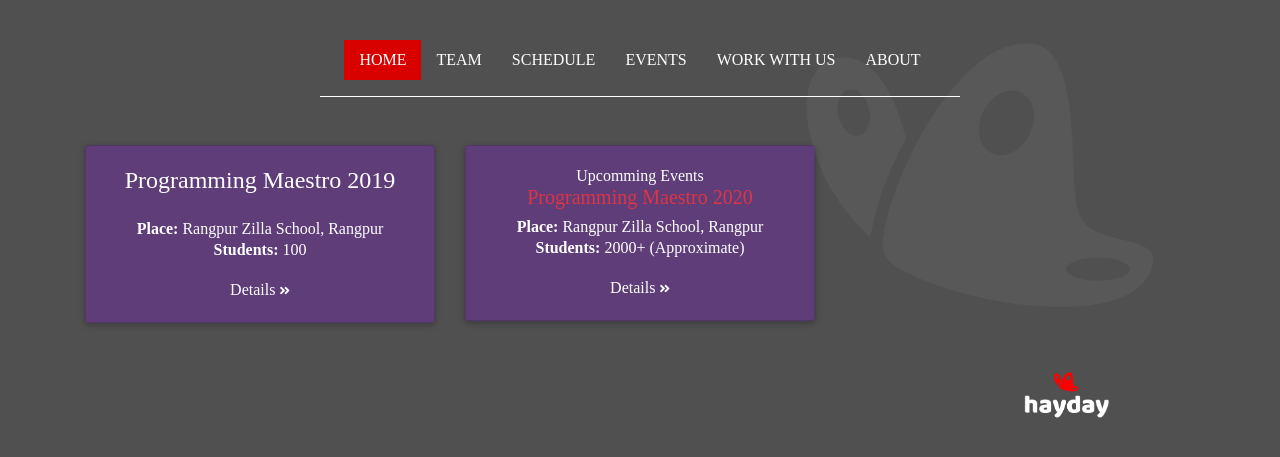
Repository: im1971/company-web
Page: event.html
The author's editor kept a copy of each file at every save. The page is drawn from the files as they stood at one save, then again after the next save.
The browser window is 1280 px wide. The pictures show the whole page.
Some web fonts or font styles are not loaded; a fallback is used.

Above is the page before, as saved 2020-02-08 10:45:03.

### event.html
<!DOCTYPE html>
<html>

<head>
    <meta charset="utf-8">
    <meta name="viewport" content="width=device-width, initial-scale=1">
    <title>hayday</title>
    <link rel="shortcut icon" type="img/x-icon" href="img/fav.png" />
    <link rel="stylesheet" href="css/mdb.min.css">
    <link rel="stylesheet" href="css/bootstrap.min.css">
    <link rel="stylesheet" href="css/fontawesome.min.css">
    <link rel="stylesheet" href="css/all.min.css">
    <link rel="stylesheet" href="css/style.css">
    <!-- fonts -->
    <link href="https://fonts.googleapis.com/css?family=Baloo+Bhai&display=swap" rel="stylesheet">
    <!-- fonts -->

</head>

<body>

    <div class="wrap_hayday">
        <div class="back_img"></div>
        <div class="container-fluid">
            <div class="row justify-content-center pb-5">
                <div class="col-md-12">
                    <nav class="navbar navbar-expand-lg">
                        <button class="navbar-toggler" type="button" data-toggle="collapse" data-target="#navbarSupportedContent" aria-controls="navbarSupportedContent" aria-expanded="false" aria-label="Toggle navigation">
                            <i class="fas fa-bars"></i>
                        </button>

                        <div class="collapse navbar-collapse" id="navbarSupportedContent">

                            <ul class="navbar-nav m-auto text-uppercase">
                                <li class="nav-item active">
                                    <a class="nav-link" href="index.html">Home</a>
                                </li>
                                <li class="nav-item">
                                    <a class="nav-link" href="team.html">Team</a>
                                </li>
                                <li class="nav-item">
                                    <a class="nav-link" href="schedule.html">SCHEDULE</a>
                                </li>
                                <li class="nav-item">
                                    <a class="nav-link" href="event.html">Events</a>
                                </li>
                                <li class="nav-item">
                                    <a class="nav-link" href="workWithUs.html">Work With us</a>
                                </li>
                                <li class="nav-item">
                                    <a class="nav-link" href="about.html">About</a>
                                </li>
                            </ul>
                        </div>
                    </nav>
                </div>
                <div class="col-md-6 border_deco pt-3"></div>
            </div>
            <div class="container">
                <div class="row justify-content-start">
                    <div class="col-md-4">
                        <div class="card wrap_event">
                            <div class="card-body">
                                <h4 class="mb-4">Programming Maestro 2019</h4>
                                <h6 class="mb-0"><b>Place:</b> Rangpur Zilla School, Rangpur</h6>
                                <p><b>Students:</b> 100</p>
                                <a class="text-white" href="2019.html">Details <i class="fas fa-angle-double-right"></i></a>
                                <div class="back_image"></div>
                            </div>
                        </div>
                    </div>
                    <div class="col-md-4">
                        <div class="card wrap_event">
                            <div class="card-body">
                                <h6 class="mb-0">Upcomming Events</h6>
                                <h5 class="mb-2 text-danger">Programming Maestro 2020</h5>
                                <h6 class="mb-0"><b>Place:</b> Rangpur Zilla School, Rangpur </h6>
                                <p><b>Students:</b> 2000+ (Approximate)</p>
                                <a class="text-white" href="schedule.html">Details <i class="fas fa-angle-double-right"></i></a>
                                <div class="back_image"></div>
                            </div>
                        </div>
                    </div>
                </div>
            </div>
            <div class="row justify-content-end my-5">
                <div class="col-md-4 m-autp">
                    <div class="middle_body">
                        <div class="logo">
                            <img src="img/logo.png" alt="" style="height: 50px">
                        </div>
                        <!-- <p>Read about our Inspiration</p> -->
                    </div>
                </div>
            </div>
        </div>
    </div>
    </div>



    <!-- <script src="https://code.jquery.com/jquery-3.4.1.slim.min.js" integrity="sha384-J6qa4849blE2+poT4WnyKhv5vZF5SrPo0iEjwBvKU7imGFAV0wwj1yYfoRSJoZ+n" crossorigin="anonymous"></script>
    <script src="https://cdn.jsdelivr.net/npm/popper.js@1.16.0/dist/umd/popper.min.js" integrity="sha384-Q6E9RHvbIyZFJoft+2mJbHaEWldlvI9IOYy5n3zV9zzTtmI3UksdQRVvoxMfooAo" crossorigin="anonymous"></script>
    <script src="https://stackpath.bootstrapcdn.com/bootstrap/4.4.1/js/bootstrap.min.js" integrity="sha384-wfSDF2E50Y2D1uUdj0O3uMBJnjuUD4Ih7YwaYd1iqfktj0Uod8GCExl3Og8ifwB6" crossorigin="anonymous"></script> -->

    <script type="text/javascript" src="js/jquery.min.js"></script>
    <!-- Bootstrap tooltips -->
    <script type="text/javascript" src="js/popper.min.js"></script>
    <!-- Bootstrap core JavaScript -->
    <script type="text/javascript" src="js/bootstrap.min.js"></script>
    <!-- MDB core JavaScript -->
    <script type="text/javascript" src="js/mdb.min.js"></script>


</body>

</html>

### css/style.css
body {
    padding: 0;
    margin: 0;
    /* background: #5407A1; */
    background: #505050;
    color: #fff !important;
    font-family: 'Baloo Bhai', cursive;
    position: relative;
}


/* global */

html {
    overflow: scroll;
    overflow-x: hidden;
}

::-webkit-scrollbar {
    width: 0px;
    background: transparent;
}


/* Optional: show position indicator in red */

::-webkit-scrollbar-thumb {
    background: #FF0000;
}

.active {
    background-color: #d90000;
    color: #fff;
}


/* global */

.back_img {
    background-image: url(../img/back.png);
    height: 350px;
    width: 600px;
    position: absolute;
    background-position: center center;
    background-size: cover;
    opacity: 5%;
    /* top: 30%; */
    right: 0;
}


/* header */

.wrap_hayday .nav-link::after {
    content: '';
    position: absolute;
    width: 100%;
    height: 1px;
    bottom: 0;
    left: 0;
    background-color: #E2061B;
    transform: scaleX(0);
    /* transform-origin: bottom right; */
    transition: transform 0.3s;
}

.wrap_hayday .nav-link:hover::after {
    /* transform-origin: bottom left; */
    transform: scaleX(1);
}

.wrap_hayday .navbar {
    box-shadow: none;
}

.wrap_hayday .navbar .collapse {
    position: relative;
}

.wrap_hayday .navbar .nav-icon {
    position: absolute;
    left: 0;
    top: 0;
    padding: 0;
}

.wrap_hayday .navbar .nav-icon img {
    height: 40px;
}

.wrap_hayday .container-fluid {
    min-height: 100vh;
}

.wrap_hayday nav .nav-link {
    padding-right: 15px !important;
    padding-left: 15px !important;
    color: #fff;
    font-family: 'Baloo Bhai', cursive;
}

.wrap_hayday .border_deco {
    border-bottom: .25px solid #fff;
}

.wrap_hayday nav .nav-link:hover {
    color: #FF0000;
    transition-duration: 0.5s;
}

.wrap_hayday .navbar {
    padding: 40px;
    padding-bottom: 0;
}


/* header */


/* middle body */

.wrap_hayday .middle_body_height {
    height: 50vh;
}

.wrap_hayday .middle_body {
    text-align: center;
}

.wrap_hayday .middle_body p {
    font-size: 22px;
}

.wrap_hayday .middle_body .logo img {
    height: 200px;
}

.wrap_hayday .others_page_middle {
    text-align: center;
    position: absolute;
    right: 30px;
    bottom: 0;
}

.wrap_hayday .others_page_middle img {
    height: 70px;
}


/* middle body */


/* footer-body */

.myprogress {
    min-width: 100%;
    margin: 0px auto;
    text-align: center;
}

.myprogress .circle {
    display: inline-block;
    background: #fff;
    width: 50px;
    height: 50px;
    border-radius: 80px;
    border: 1px solid #d5d5da;
    cursor: pointer;
}

.myprogress .circle:hover {
    background: #FF0000;
    color: #5407A1;
    transition-duration: 0.5s;
}

.myprogress .bar {
    position: relative;
    width: 100px;
    padding-right: 15px;
    font-family: none;
}

.myprogress .circle .label {
    display: inline-block;
    width: 40px;
    height: 40px;
    line-height: 30px;
    border-radius: 40px;
    font-size: 24px;
}

.myprogress .circle .title {
    color: #5407A1;
    font-size: 24px;
    line-height: 50px;
    cursor: pointer;
}

.myprogress .circle .title:hover {
    color: #fff;
}

.myprogress i {
    font-size: 11px;
}

.abc {
    animation: pulse 1s infinite;
    color: #FF0000;
}

.pulse {
    -webkit-animation-duration: 3s;
    -webkit-animation-delay: 2s;
    -webkit-animation-iteration-count: 5;
}

@-webkit-keyframes scroll {
    0% {
        -webkit-transform: translateX(0);
        transform: translateX(0);
    }
    100% {
        -webkit-transform: translateX(calc(-250px * 7));
        transform: translateX(calc(-250px * 7));
    }
}

@keyframes scroll {
    0% {
        -webkit-transform: translateX(0);
        transform: translateX(0);
    }
    100% {
        -webkit-transform: translateX(calc(-250px * 7));
        transform: translateX(calc(-250px * 7));
    }
}

.slider {
    /* background: white; */
    /* box-shadow: 0 10px 20px -5px rgba(0, 0, 0, 0.125); */
    /* height: 100px; */
    margin: auto;
    overflow: hidden;
    position: relative;
    width: 960px;
}

.slider::before,
.slider::after {
    /* background: -webkit-gradient(linear, left top, right top, from(white), to(rgba(255, 255, 255, 0))); */
    /* background: linear-gradient(to right, white 0%, rgba(255, 255, 255, 0) 100%); */
    content: "";
    height: 100px;
    position: absolute;
    width: 200px;
    z-index: 2;
}

.slider::after {
    right: 0;
    top: 0;
    -webkit-transform: rotateZ(180deg);
    transform: rotateZ(180deg);
}

.slider::before {
    left: 0;
    top: 0;
}

.slider .slide-track {
    -webkit-animation: scroll 40s linear infinite;
    animation: scroll 40s linear infinite;
    display: -webkit-box;
    display: flex;
    width: calc(250px * 14);
}

.slider .slide {
    /* height: 100px; */
    /* width: 200px; */
    padding-right: 40px;
}

.sponsor_slider {
    position: absolute;
    bottom: 20px;
}


/* footer-body */


/* about hayday */

.accordion .card-header {
    padding: 0;
    /* background: #5407A1; */
    background: #757575;
    margin-bottom: 0;
    cursor: pointer;
}

.accordion .card-header .btn-link {
    color: #fff;
    padding: 0;
}

.accordion .card {
    border: none;
    border-radius: 0;
}

.accordion i {
    position: absolute;
    right: 10px;
    top: 5px;
}

.accordion p {
    color: #000;
    font-family: serif;
    font-size: 15px;
}

.accordion h4 {
    color: #000;
    font-family: serif;
    font-weight: 700 !important;
    font-size: 22px;
}


/* about hayday */


/* work with us */

.outreach table.table th,
table.table td {
    padding: 3px 20px;
    color: #fff;
    border: none;
    font-family: auto;
}


/* work with us */


/* team */

.team .grid {
    padding-left: 0;
    padding-right: 0;
}

.team .team_image {
    background-image: url(../img/team/team-back.jpg);
    height: 600px;
    background-position: center center;
    background-size: cover;
}

.team .custom_hr {
    border-top: 3px solid #fff !important;
    width: 10% !important;
}

.team img {
    border-radius: 50%;
    margin: auto;
    border: 3px solid #dcdcdc;
}

.team .team_managemt img {
    height: 300px;
    width: 300px;
}

.team .team_volounteer img {
    height: 200px;
    width: 200px;
}

.team .wrap_team {
    display: flex;
    flex-direction: column;
    font-family: auto;
}


/* team */

.sponsor_footer p {
    font-family: auto;
    font-size: 14px;
}

.sponsor_footer p b {
    color: #FF0000;
}


/* events */

.event_wrap .title {
    font-family: auto;
}

.event_wrap .subtitle {
    font-family: auto;
}

.wrap_event {
    color: #fff;
    text-align: center;
    position: relative;
    font-family: auto;
    background: #9100ff3b;
}

.wrap_event .fas {
    font-size: 12px;
}

.slider_wrap .d-block {
    background-image: url(../img/team/team-back.jpg);
    height: 320px;
    background-position: center center;
    background-size: cover;
}

.slider_wrap .carousel-indicators {
    margin: 0;
    bottom: -15%;
}

.carousel .carousel-control-prev-icon {
    background-image: url("data:[embedded picture, 189 characters]")
}

.carousel .carousel-control-next-icon {
    background-image: url("data:[embedded picture, 190 characters]")
}

.carousel-control-next {
    right: -100px;
}

.carousel-control-prev {
    left: -100px;
}


/* calender */


/*
*
* ==========================================
* CUSTOM UTIL CLASSES
* ==========================================
*
*/

.clearfix::after,
.calendar ol::after {
    content: ".";
    display: block;
    height: 0;
    clear: both;
    visibility: hidden;
}


/* ================
Calendar Styling */

.calendar {
    border-radius: 10px;
    font-family: auto;
}

.calendar .target_date {
    height: 30px;
    width: 30px;
    position: absolute;
    border-radius: 50%;
    left: -6px;
    top: 1px;
    background: #fff;
    opacity: 0.3;
}

.month {
    font-size: 2rem;
}

.calendar ol li {
    float: left;
    width: 14.28571%;
}

.calendar .day-names {
    border-bottom: 1px solid #eee;
}

.calendar .day-names li {
    text-transform: uppercase;
    margin-bottom: 0.5rem;
}

.calendar .days li {
    border-bottom: 1px solid #eee;
    /* min-height: 8rem; */
}

.calendar .days li .date {
    margin: 0.25rem 0;
}

.calendar .days li .event {
    font-size: 0.75rem;
    padding: 0.4rem;
    color: white;
    white-space: nowrap;
    overflow: hidden;
    text-overflow: ellipsis;
    border-radius: 4rem;
    margin-bottom: 1px;
}

.calendar .days li .event.span-2 {
    width: 200%;
}

.calendar .days li .event.begin {
    border-radius: 1rem 0 0 1rem;
}

.calendar .days li .event.end {
    border-radius: 0 1rem 1rem 0;
}

.calendar .days li .event.clear {
    background: none;
}

.calendar .days li:nth-child(n+29) {
    border-bottom: none;
}

.calendar .days li.outside .date {
    color: #ddd;
}


/* calender */


/* timer */

#timer div {
    display: inline-block;
    line-height: 1;
    padding: 20px 40px 0 0;
    padding-bottom: 0;
    font-family: auto;
}

#timer span {
    display: block;
    font-size: 20px;
    color: white;
}

#timer #days,
#timer #hours,
#timer #minutes,
#timer #seconds {
    font-size: 50px;
}

#timer #seconds {
    font-size: 30px;
}


/* timer */


/* events */


/* media query */

@media (min-width: 1367px) {
    .sponsor_footer p {
        font-size: 18px;
        margin-top: 40px;
    }
    .outreach table.table th,
    table.table td,
    .accordion p,
    .myprogress .bar {
        font-size: 18px;
    }
    .outreach h4 {
        margin-top: 30px;
        margin-bottom: 20px;
    }
    .accordion .card-header .btn-link {
        font-size: 22px;
    }
    .accordion {
        margin-top: 30px;
    }
    .wrap_hayday .middle_body .logo img {
        height: 145px;
    }
    .wrap_hayday .middle_body p {
        font-size: 22px;
    }
    .wrap_hayday .step_command {
        font-family: auto;
        font-size: 22px;
    }
}

@media (max-width: 567px) {
    .wrap_hayday .navbar {
        padding: 20px 0 0;
    }
    .fa-bars {
        color: #fff !important;
    }
    .wrap_hayday .middle_body .logo img {
        height: 140px;
        margin-bottom: 28px;
    }
    .back_img {
        height: 150px;
        width: 200px;
    }
    .wrap_hayday .middle_body_height {
        height: 35vh;
    }
    .myprogress .circle {
        display: block;
        margin: auto;
        margin-top: 20px;
    }
    .myprogress .bar {
        padding-right: 0;
        font-family: none;
        font-size: 18px;
    }
    .team .team_image {
        height: 200px;
    }
    .team .custom_hr {
        width: 50% !important;
    }
    .team .team_managemt img {
        height: 150px;
        width: 150px;
    }
    .team .team_volounteer img {
        height: 120px;
        width: 120px;
    }
    .team .card-title {
        font-size: 26px;
    }
    .team .wrap_team {
        margin-bottom: 30px;
    }
    .sponsor_footer p {
        margin-bottom: 20px !important;
    }
    .calendar {
        padding-left: 0 !important;
        margin-top: 30px;
    }
    .event_wrap .title {
        font-size: 22px;
    }
    .event_wrap button {
        margin-bottom: 40px !important;
    }
    #timer #days,
    #timer #hours,
    #timer #minutes,
    #timer #seconds {
        font-size: 35px;
        margin: auto;
    }
    #timer span {
        font-size: 14px;
    }
    #timer div {
        padding: 0px 26px 0 0;
    }
    #timer {
        background: #8500ff82;
        display: flex;
        padding: 20px;
    }
    .classroom img {
        width: 150px;
    }
    .slider {
        width: 200px;
        padding-bottom: 20px;
    }
    .sponsor_slider {
        margin-top: 50px;
    }
}

Loaded but not shown: css/mdb.min.css (library); css/bootstrap.min.css (library); css/fontawesome.min.css (library); css/all.min.css (library); js/jquery.min.js (library); js/popper.min.js (library); js/bootstrap.min.js (library); js/mdb.min.js (library)

After the next save:
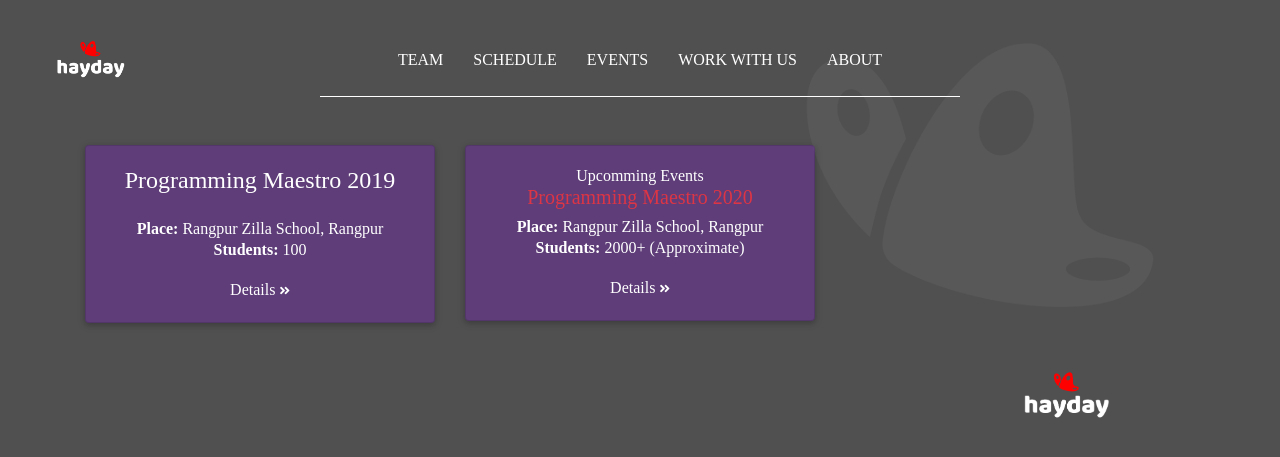
Saved 2 min 21 s later.
--- a/event.html
+++ b/event.html
@@ -32,9 +32,9 @@
                         <div class="collapse navbar-collapse" id="navbarSupportedContent">
 
                             <ul class="navbar-nav m-auto text-uppercase">
-                                <li class="nav-item active">
-                                    <a class="nav-link" href="index.html">Home</a>
-                                </li>
+                                <a class="nav-icon" href="index.html">
+                                    <img src="img/logo.png" alt="">
+                                </a>
                                 <li class="nav-item">
                                     <a class="nav-link" href="team.html">Team</a>
                                 </li>
